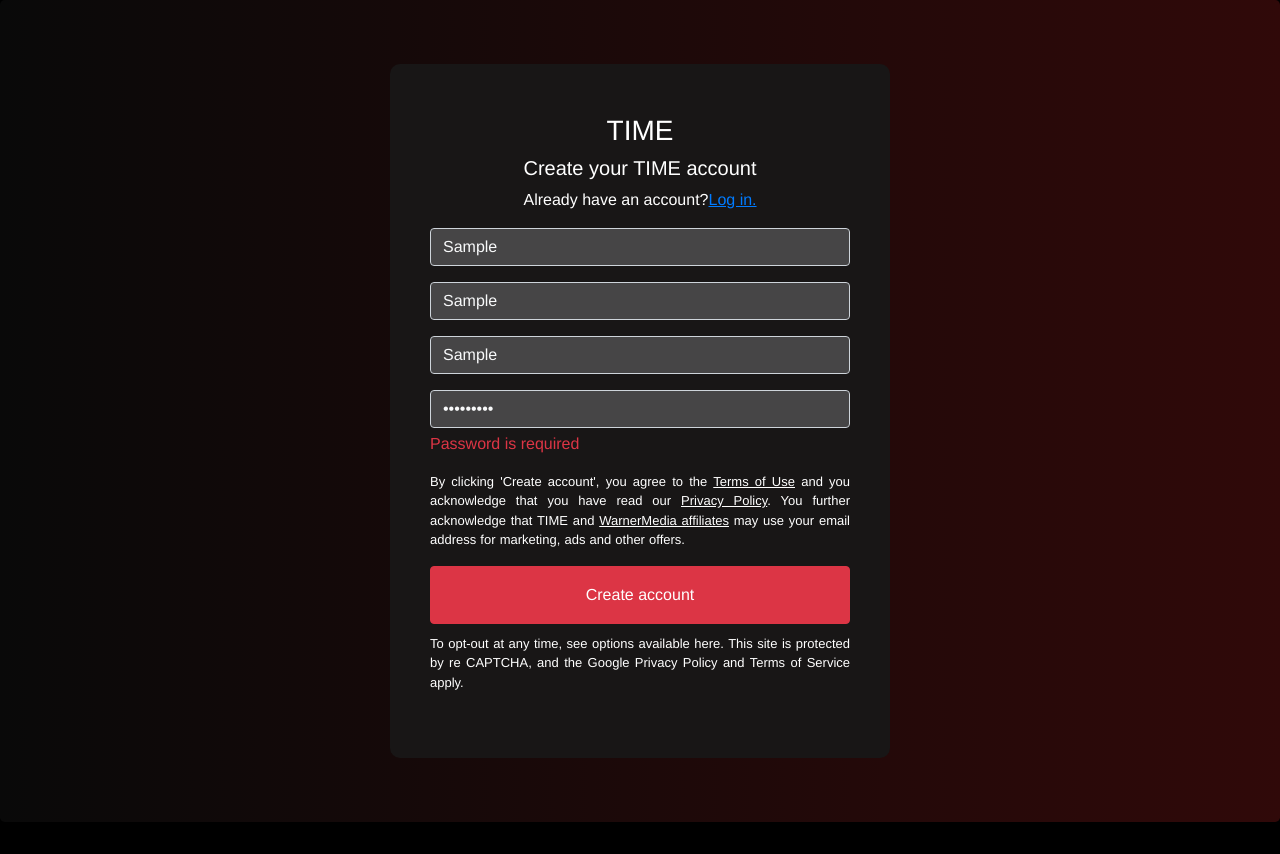
Repository: Vu14082002/WebTinTuc
Page: html/SignUp.html
An editor plug-in stored every save of this project. The page is shown before and after a run of saves, followed by the edit.
The browser window is 1280 px wide. The pictures show the whole page.
Empty fields were first filled with sample values (such as "Sample", 5 or name@example.com).
After loading, the first visible `#email` was changed once.
Some web libraries are served in a nearby version.

Above is the page before, as saved 2022-04-12 20:54:53.
Console error: ReferenceError: checkPass is not defined

### html/SignUp.html
<!DOCTYPE html>
<html lang="en">
<head>
    <meta charset="UTF-8">
    <meta http-equiv="X-UA-Compatible" content="IE=edge">
    <meta name="viewport" content="width=device-width, initial-scale=1.0">
    <title>Create a TIME account | TIME</title>
    <link
    rel="stylesheet"
    href="https://pro.fontawesome.com/releases/v5.10.0/css/all.css"
    integrity="sha384-AYmEC3Yw5cVb3ZcuHtOA93w35dYTsvhLPVnYs9eStHfGJvOvKxVfELGroGkvsg+p"
    crossorigin="anonymous"
  />
    <script src="../bootstrap-4/js/jquery-3.6.0.min.js"></script>
    <script src="../bootstrap-4/js/bootstrap.min.js"></script>
    <link rel="stylesheet" href="../bootstrap-4/css/bootstrap.min.css">
    <link rel="stylesheet" href="../css/index_Footer.css">
    <link rel="stylesheet" href="../css/init.css">
    <link rel="stylesheet" href="../css/index_Header.css">
    <link rel="stylesheet" href="../css/login.css">
    <link rel="stylesheet" href="../css/SignUP.css">
    <link rel="icon" href="../Image/logo.png" type="image/gif" sizes="16x16">
</head>
<body>
    <div class="container-fluid jumbotron">
        <div class="box text-center">
            <h3>TIME</h3>
            <h5>Create your TIME account</h5>
            <p>Already have an account?<a href="../html/login.html">Log in.</a></p>
            <div class="form-group ">
                <input type="text" id="FirstName" placeholder="Firs tName*  " class="form-control  text-light " onchange="checkFirstName()"  required >
                <p class="text-left mt-1">
                    <span id="checkFirstName"  class="checkLogin text-left text-right mb-2 text-danger" ></span>
                </p>
                <input type="text" id="LasttName" placeholder="Last Name* " class="form-control  text-light " onchange="checkLastNamName()"  required >
                <p class="text-left mt-1">
                    <span id="checkLastName"  class="checkLogin text-left text-right mb-2 text-danger" ></span>
                </p>
                <input type="text" id="email" placeholder="Email address* " onchange="checkPass()" class="form-control  text-light "  required >
                <p class="text-left mt-1">
                    <span id="checkEmail"  class="checkLogin text-left text-right mb-2 text-danger" ><span>
                </p>
                <input type="password" id="pass"  placeholder="Password*" class="form-control text-light"  required>
                <p class="text-left mt-1">
                    <span id="checkEmail"  class="checkLogin text-left text-right mb-2 text-danger" >Password is required <span>
                </p>
                <p class=" text-justify">
                    By clicking 'Create account', you agree to the <a  class="theA" href="../html/TermsOfuse.html">Terms of Use</a> and you acknowledge that you have read our
                    <a  class="theA" href="https://www.warnermediaprivacy.com/policycenter/b2c/affiliateslist/">Privacy Policy</a>. You further acknowledge that TIME and <a  class="theA" href="../html/TermsOfuse.html">WarnerMedia affiliates</a> may use your email address for marketing,
                    ads and other offers.
                </p>
                <a href="../html/login.html"><button type="button" class="btn btn-danger w-100 p-3">Create account</button>  </a>
                <p class=" text-justify rieng">
                    To opt-out at any time, see options available here. This site is protected by re CAPTCHA, and the Google Privacy Policy and Terms of Service apply.
                </p>
            </div>

        </div>

    </div>
    <script src="../js/signup.js"></script>
</body>
</html>

### css/index_Footer.css
footer {
    width: 100%;
    background-color: black;
}
.main{
    width: 85%;
    margin: 0 auto;
}
.main__top__search {
    padding-top: 60px;
    width: 100%;
}
.main__top__search >input {
    width: 100%;
    height: 35px;
    padding: 0 8px;
    border-radius: 3px ;
    outline: none;
}
.main__top__search1{
    display: flex;
    flex-direction: row-reverse;
    margin-top: -25px;
    margin-right: 10px;
    font-weight: bold;
    color: rgba(103, 85, 76,1);
    cursor: pointer;
}
.main__mid{
    margin: 35px 0px;
    margin-bottom: 40px;
}
.main__mid {
    display: flex;
    flex-wrap: wrap;
}
.main__mid > div {
    width: calc(100%/7);
    font-size: 14px;
    color: white;
    margin-bottom: 20px;

}
.main__mid > div  a {
    color: rgb(230 230 230);
    display: inline-block;
    margin-bottom: 8px;
}
.main__mid > div  > a {
    font-size: 16px;
    font-weight: 700;
    transition: 0.3s;
}
.main__mid > div  a:hover {
    text-decoration: underline;
    color: white;
}
.main__bottom {
    border-top: 1px solid rgb(230, 230, 230);
    display: flex;
    flex-direction: row-reverse;
    padding: 40px 0px;
}
.main__bottom > div > a, .main__bottom > div{
    width: 3%;
    max-width: 15%;
    margin: 5px;
    font-size: 25px;
    color: rgb(230, 230, 230)
}
.main__bottom > div >a :hover{
    color: white;
}
.main__bottom > div:last-child{
    font-weight: bold;
    font-size: 20px;
    text-align: center;
    width: 20%;
    margin-right: 10px;
    border-right: 1px solid rgb(230, 230, 230) ;
}

### css/init.css
* {
    font-family: Helvetica, Helvetica, Arial, sans-serif;
    box-sizing: border-box;
    list-style-type: none;
    margin: 0;
    padding: 0;
    text-decoration:  none;
    box-sizing: border-box;
  }
  a{
    text-decoration: none !important;
  }

### css/index_Header.css
/* HEADER */
header{
    position: sticky; top: 0;
    z-index: 100;
}
.gif {
  background-color: #262626;
  width: 100%;
  height: 300px;
  padding: 25px;
  text-align: center;
  margin-top: 0px;

}
 .gif > img {
    display: inline-block;
    margin: 0 auto;
}
header > section {
  border-bottom: 1px solid rgb(230 230 230);

  width: 100%;
  background-color: #0c0c0c;
  display: flex;
  height: 56px;
}
header > section > nav {
    display: flex;
    /* border-bottom: 1px solid white; */
    width: 85%;
    margin:0  auto ;

}
header > section > nav > ul:first-child{
    width: 80%;
    display: flex;
}
header > section > nav > ul:last-child{
    display: flex;
    flex-direction:  row-reverse;
    width: 20%;
}

header > section > nav> ul > li{
    max-width: 300px;
}
/* paddingMenu */
header > section > nav> ul> li:first-child{
    background: #CC0000;
    padding-bottom: 55px;
}
header > section > nav> ul > li > a {
    font-size: 16px;
    text-decoration:  none;
    display: block;
    padding: 18px;
    color: #e4dfd7;
}
header > section > nav> ul > li:first-child > a{
    color: white;
}
header > section > nav> ul > li > a:hover{
    color: white;
}
.tieude{
    overflow: hidden;
}

### css/login.css
body{
    background-color: black;
}
.container-fluid{
    background-image: linear-gradient(to right, #090909 , #300909);
    border-radius: none;
}
.box{
    width: 500px;
    margin: 0 auto;
    background-color: #181616;
    padding: 50px 40px;
        color: white;
    border-radius: 10px;
}
.box input[type="text"],.box input[type="password"]{
    background-color: #464546;
}
.checkLogin{
    color: rgb(207, 90, 90);
}
.box ::placeholder {
    font-weight: 700;
    color: #fafdfd;
    opacity: 1; /* Firefox */
}
.box  :-ms-input-placeholder { /* Internet Explorer 10-11 */
    color: #fafdfd;
}
.box ::-ms-input-placeholder { /* Microsoft Edge */
    color: #fafdfd;
}
.box input:focus{
    color: #fafdfd;
}
.search{
    margin-top: -3px;
}
button > a{
    text-decoration: none;
    color: white;
}
.theA{
    color: white;
    text-decoration:underline;
}
.theA:hover{
    color: #d7d8d8;
}
.text-justify{
    font-size: 13px;
    word-spacing: 0.5px;
}
.rieng{
    margin-top: 10px;

}

### css/SignUP.css
a{
    text-decoration: underline !important;
}

### js/signup.js
function checkFirstName() {
    var d = document.getElementById("FirstName").value
    var pt=/^[A-Z][a-z]+(\s[A-Z][a-z])*$/
    if(d.trim()==""){
        document.getElementById("checkFirstName").innerHTML="First name is required"
        return;
    }
    if(pt.test(d)){
        document.getElementById("checkFirstName").innerHTML=""
        return;
    }
        document.getElementById("checkFirstName").innerHTML="First Name begin Uppercharacter"
        return;
}
function checkLastNamName() {
    var d = document.getElementById("LasttName").value
    var pt=/^[A-Z][a-z]+(\s[A-Z][a-z])*$/
    if(d.trim()==""){
        document.getElementById("checkLastName").innerHTML="Last name is required"
        return;
    }
    if(pt.test(d)){
        document.getElementById("checkLastName").innerHTML=""
        return;
    }
        document.getElementById("checkLastName").innerHTML="First Name begin Uppercharacter"
        return;
}
function checkEmail() {
    var d = document.getElementById("email").value
    var pt=/^[A-Za-z]\w+@(e|g)mail.com$/
    if(d.trim()==""){
        document.getElementById("checkEmail").innerHTML="Email is required"
        return;
    }
    if(pt.test(d)){
        document.getElementById("checkEmail").innerHTML=""
        return;
    }
        document.getElementById("checkEmail").innerHTML="EX: nguyenxxx@gmail.com"
        return;
}

Loaded but not shown: bootstrap-4/js/jquery-3.6.0.min.js (library); bootstrap-4/js/bootstrap.min.js (library); bootstrap-4/css/bootstrap.min.css (library)

After the next 2 saves:
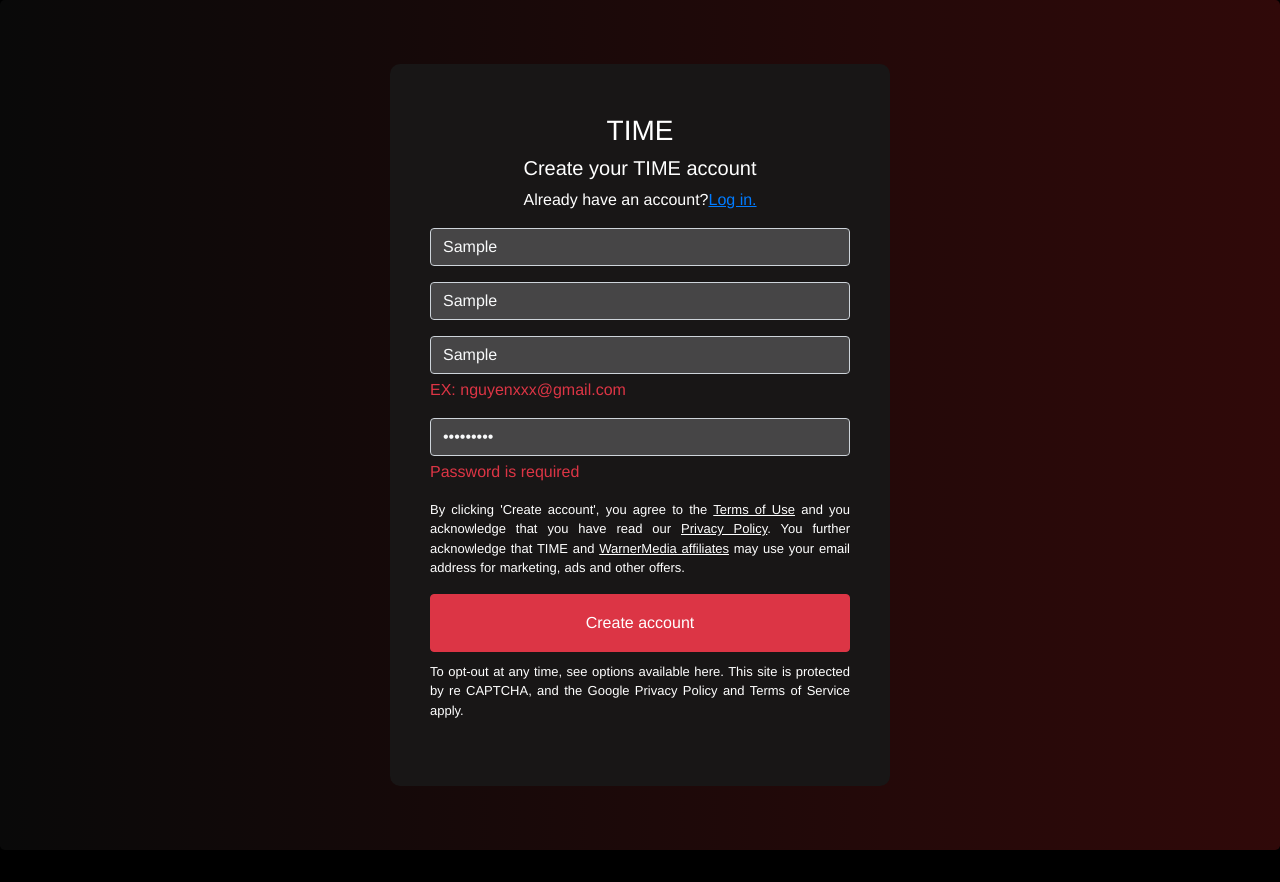
The error is gone.
The 2 saves are shown as one change because they came seconds apart.
The last was saved 25 s later.
--- a/js/signup.js
+++ b/js/signup.js
@@ -40,3 +40,17 @@
         document.getElementById("checkEmail").innerHTML="EX: nguyenxxx@gmail.com"
         return;
 }
+function checkPass() {
+    var d = document.getElementById("email").value
+    var pt=/^[A-Za-z]\w+@(e|g)mail.com$/
+    if(d.trim()==""){
+        document.getElementById("checkEmail").innerHTML="Email is required"
+        return;
+    }
+    if(pt.test(d)){
+        document.getElementById("checkEmail").innerHTML=""
+        return;
+    }
+        document.getElementById("checkEmail").innerHTML="EX: nguyenxxx@gmail.com"
+        return;
+}
